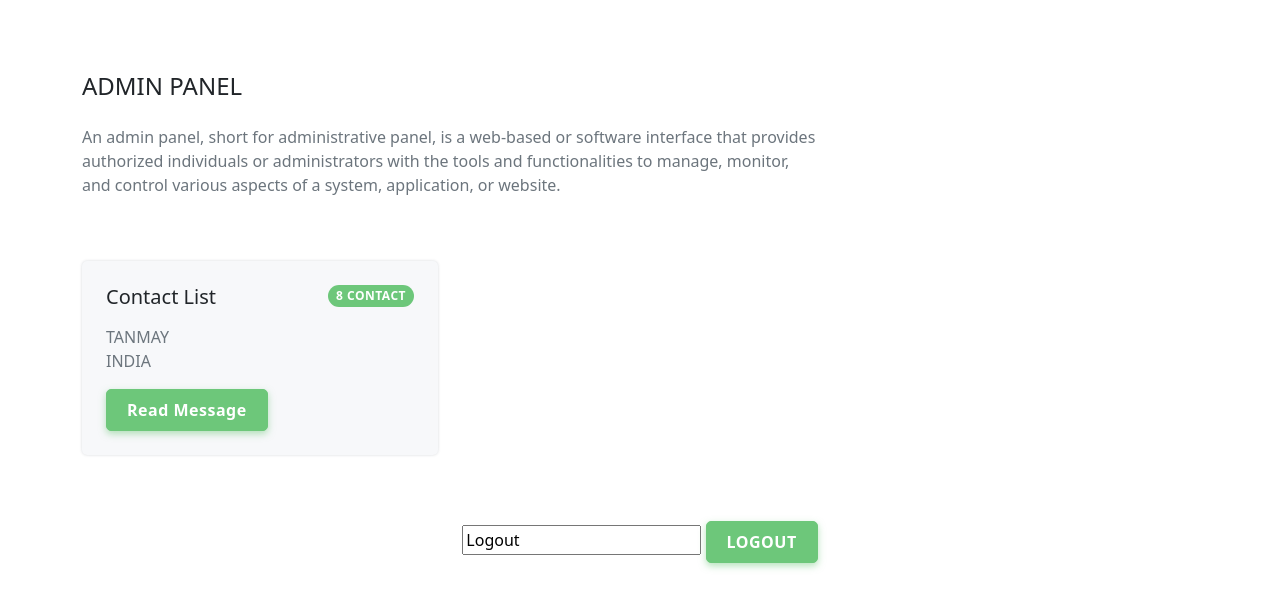
Repository: Tanmay-Kayande/Myportfolio
Page: http://localhost/myproject/admin.jsp
An editor plug-in stored every save of this project. The page is shown before and after the next save, followed by the edit.
The browser window is 1280 px wide. The pictures show the whole page.
Some web libraries are served in a nearby version. The page is served by Tomcat 9. The session is filled in as if someone had signed in: {"login": "exist"}.

Above is the page before, as saved 2024-01-18 14:48:17.

After the next save:
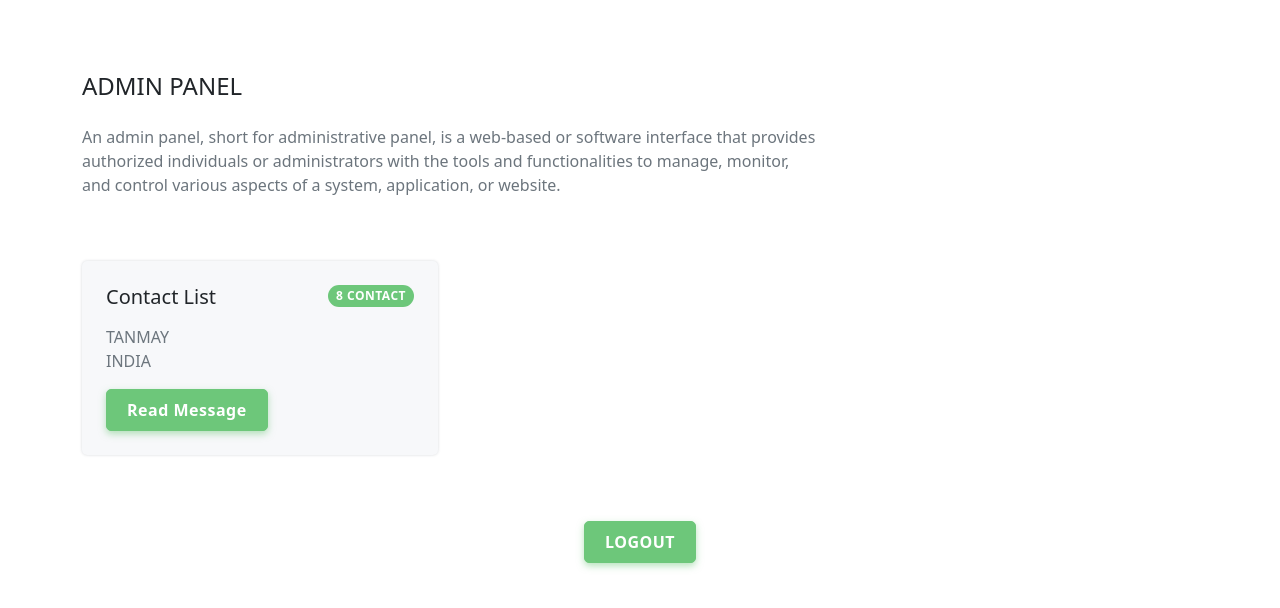
Saved 17 h 33 min later.
--- a/myproject/src/main/webapp/admin.jsp
+++ b/myproject/src/main/webapp/admin.jsp
@@ -162,7 +162,7 @@ a {
 
 			<div style="text-align: center; padding-top: 50px;" class="mt-3">
 				<form action="Auth" method="post">
-					<input type = "hidden=" name = "check" value = "Logout">
+					<input type ="hidden" name = "check" value = "Logout">
 					<button class="btn btn-primary">LOGOUT</button>
 				</form>
 			</div>
